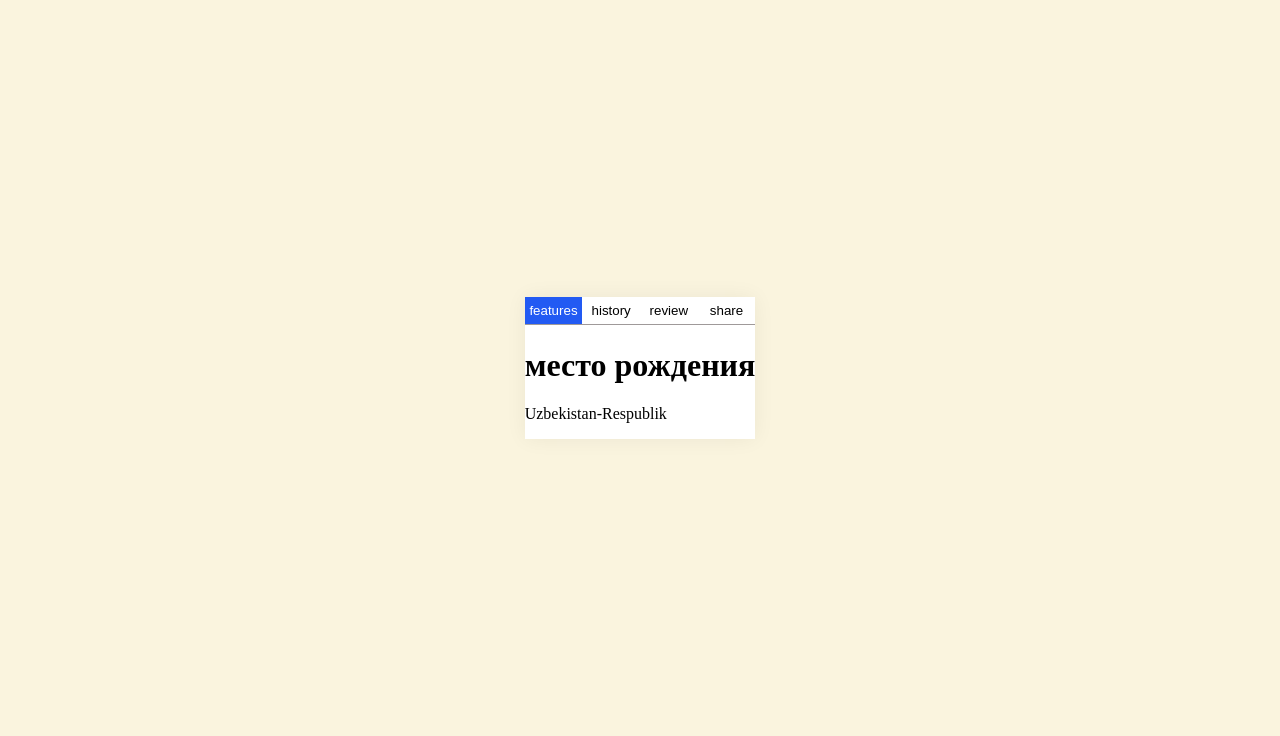
Repository: atamuratov777/info-about-me
Page: index.html
An editor plug-in stored every save of this project. The page is shown before and after a run of saves, followed by the edit.
The browser window is 1280 px wide. The pictures show the whole page.

Above is the page before, as saved 2026-06-20 14:46:40.

### index.html
<!DOCTYPE html>
<html lang="en">

<head>
    <link rel="stylesheet" href="./style.css">
    <meta charset="UTF-8">
    <meta name="viewport" content="width=device-width, initial-scale=1.0">
    <title>Document</title>
</head>

<body>

    <div class="card">
        <div class="card_top">
            <button class="btn active" onclick="{clickBtn(1)}">features</button>
            <button class="btn " onclick="{clickBtn(2)}">history</button>
            <button class="btn " onclick="{clickBtn(3)}">review</button>
            <button class="btn " onclick="{clickBtn(4)}">share</button>
        </div>


        <div class="card_bottom">
            <div class="text1 active">
                <h1>место рождения</h1>
                <p>Uzbekistan-Respublik</p>
            </div>

            <div class="text1">
                <h1>history</h1>
                <p> bul jerde sen hikayani kore alasan </p>
            </div>

            <div class="text1">
                <h1>reviews</h1>
                <p>bul jerde reviewdi kore alasan </p>
            </div>

            <div class="text1">
                <h1>share</h1>
                <p> bul jerde sen bul narselerdi jibere alasan.</p>
            </div>
        </div>

        <script src="./script.js"></script>
</body>

</html>

### style.css
body{
    background-color: rgb(250, 244, 222);
    display: flex;
    align-items: center;
    justify-content: center;
   height: 100vh;
}

.card{
    background-color: white;
    box-shadow: 0px 0px 20px rgba(0, 0, 0, 0.057);

}

.card_top{
    border-bottom: 1px solid rgb(159, 153, 153);
    display: grid;
    grid-template-columns: 1fr 1fr 1fr 1fr;
}

.btn{
    border: none;
    background-color: white;
    padding: 6px 0px;
    cursor: pointer;
}
.btn.active{
    background-color: rgb(34, 90, 243);
    color: white;
}


.btn:hover{
    background-color: rgb(234, 228, 221);
}



.text1{
    display: none;
}
.text1 h1{
    text-align: center;
}

.text1.active{
    display: block;
}

### script.js
const btns = document.getElementsByClassName("btn")
const texts = document.getElementsByClassName("text1")

const clickBtn = function (e) {
    btns[0].classList.add("active")
    btns[1].classList.add("active")
    btns[2].classList.add("active")
    btns[3].classList.add("active")
    btns[0].classList.remove("active")
    btns[1].classList.remove("active")
    btns[2].classList.remove("active")
    btns[3].classList.remove("active")
    texts[0].classList.add("active")
    texts[1].classList.add("active")
    texts[2].classList.add("active")
    texts[3].classList.add("active")
    texts[0].classList.remove("active")
    texts[1].classList.remove("active")
    texts[2].classList.remove("active")
    texts[3].classList.remove("active")
    btns[e - 1].classList.add("active")
    texts[e - 1].classList.add("active")

}

After the next 3 saves:
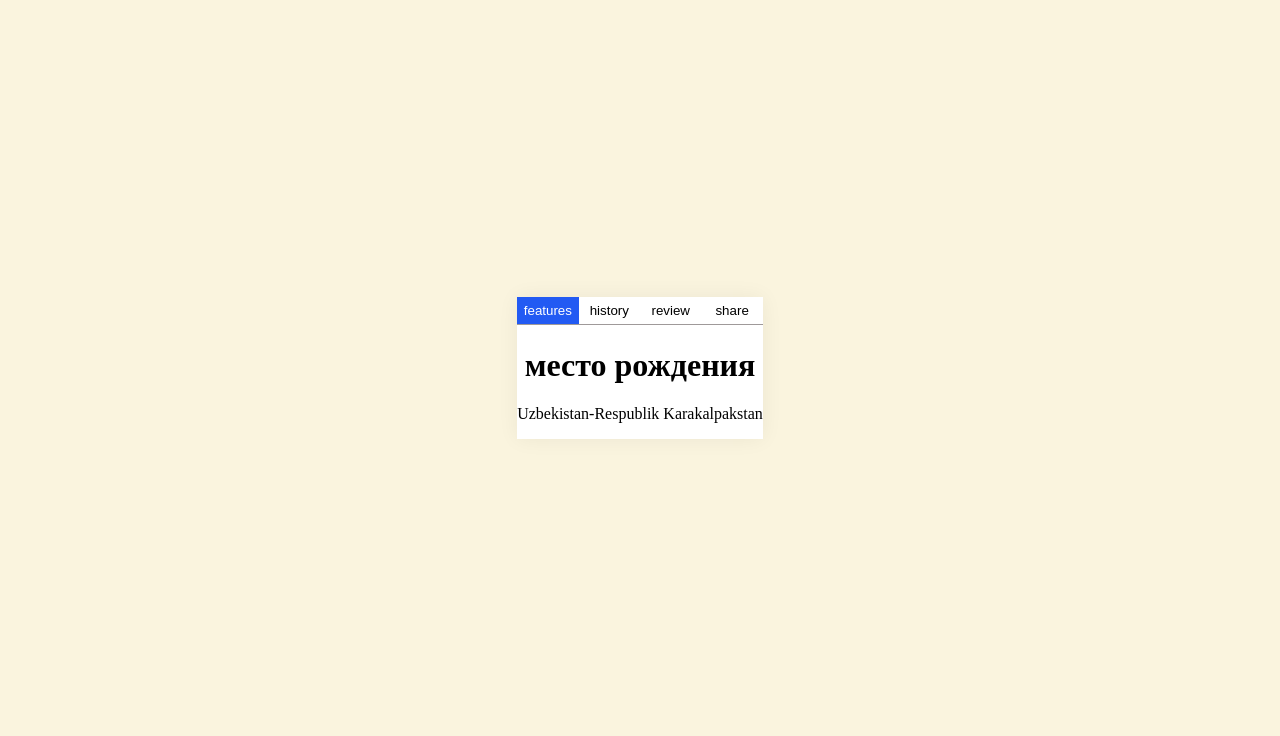
The 3 saves are shown as one change because they came seconds apart.
The last was saved 10 s later.
--- a/index.html
+++ b/index.html
@@ -22,7 +22,7 @@
         <div class="card_bottom">
             <div class="text1 active">
                 <h1>место рождения</h1>
-                <p>Uzbekistan-Respublik</p>
+                <p>Uzbekistan-Respublik Karakalpakstan</p>
             </div>
 
             <div class="text1">
